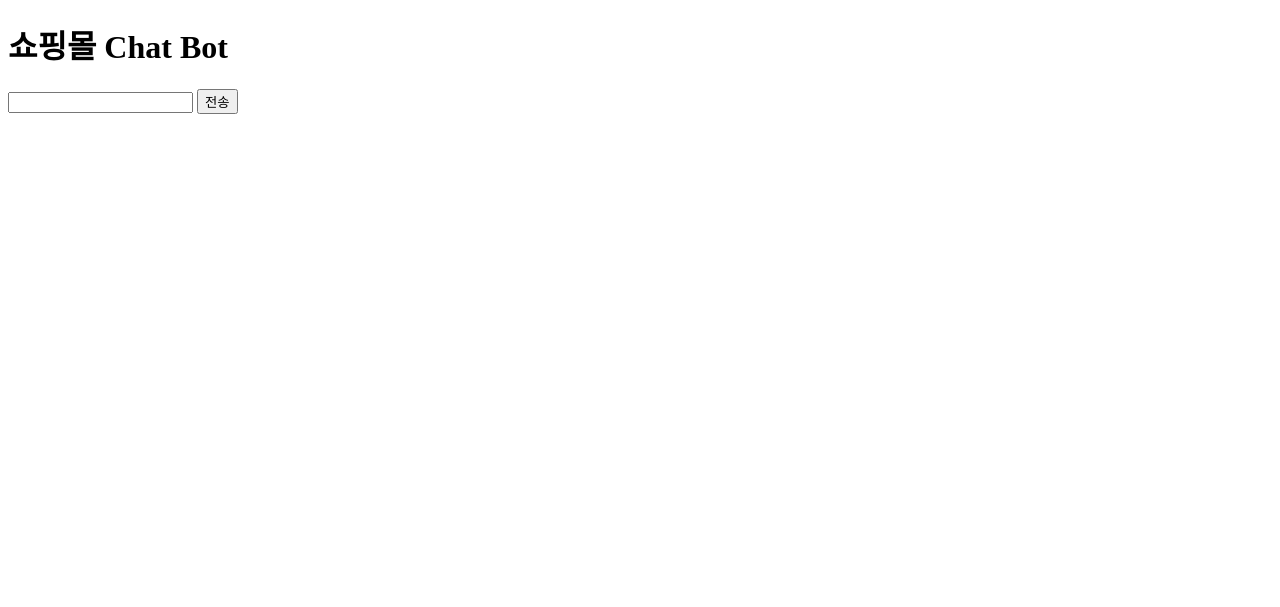
Repository: snowballnote/springai
Page: openai0113/src/main/resources/static/chat.html
The author's editor kept a copy of each file at every save. The page is drawn from the files as they stood at one save, then again after the next save.
The browser window is 1280 px wide. The pictures show the whole page.

Above is the page before, as saved 2026-01-14 05:28:47.

### openai0113/src/main/resources/static/chat.html
<!DOCTYPE html>
<html>
<head>
<meta charset="UTF-8">
<title>Insert title here</title>
<script src="https://ajax.googleapis.com/ajax/libs/jquery/3.7.1/jquery.min.js"></script>
</head>
<body>
	<h1>쇼핑몰 Chat Bot</h1>

	<!-- 챗팅 메세지 누적 -->
	<div id="chatBox"></div>

	<input type="text" id="userMessage">
	<button type="button" id="sendBtn">전송</button>

	<script>
		$("#sendBtn").click(function() {
			if ($("#userMessage").val().trim() === "") {
				alert("메세지를 입력하세요");
				return;
			}

			const chatMessageRequest = {
					userId: "user10", // ex) 로그인 사용자의 id
					userMessage: $("#userMessage").val().trim()
			}

			$.ajax({
				url: "http://localhost:8080/chatMessage",
				type: "POST", // method type
				contentType: "application/json",
				data: JSON.stringify(chatMessageRequest), // 객체를 json문자열로 직열화
				success: function(data) { // data: [{who: "MY", message: "..."}, {who: "AI", message: "..."}]
					data.forEach(function(item, index) {
						// console.log(item.who, item.message);
						$("#chatBox").append(
							"<div><span>" + item.who + "</span><span>" + item.message + "</span></div>"
						);
					})
				},
				error: function(err) {
					alert("실패: " + err);
				}
			});
			// 챗입력 상자 초기화
			$("#userMessage").val("");
		});

		// 엔터키 누르면 동일한 코드
	</script>

</body>
</html>

After the next save:
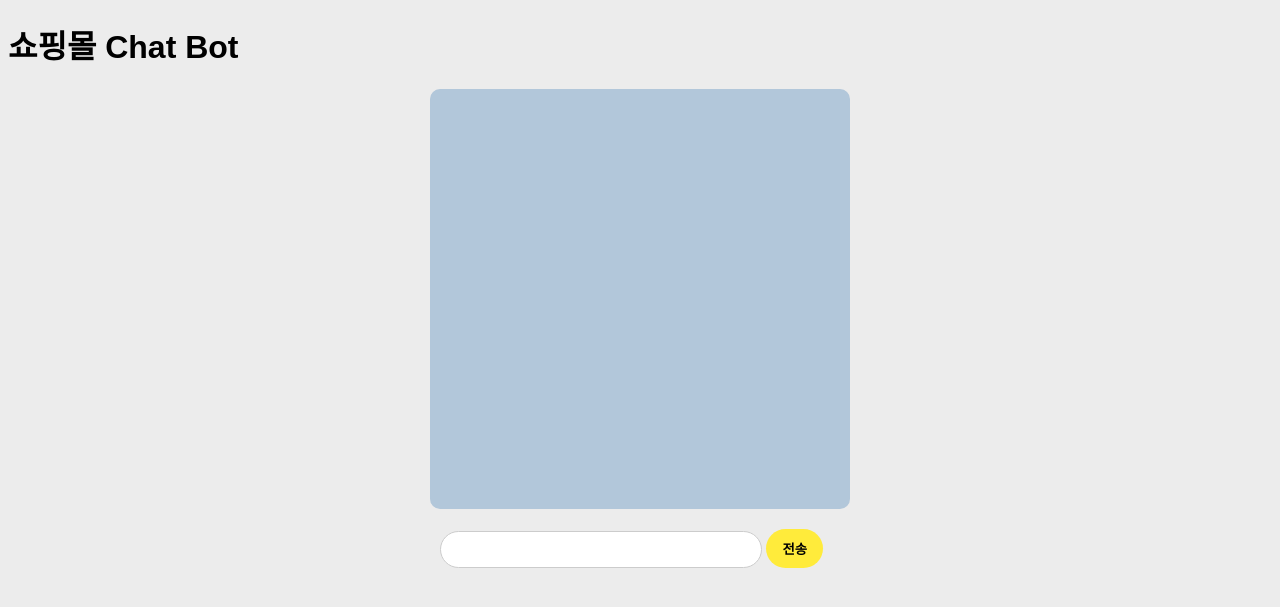
Saved 25 s later.
--- a/openai0113/src/main/resources/static/chat.html
+++ b/openai0113/src/main/resources/static/chat.html
@@ -4,6 +4,66 @@
 <meta charset="UTF-8">
 <title>Insert title here</title>
 <script src="https://ajax.googleapis.com/ajax/libs/jquery/3.7.1/jquery.min.js"></script>
+
+<style>
+    body {
+        font-family: Arial, sans-serif;
+        background-color: #ececec;
+    }
+
+    #chatBox {
+        width: 400px;
+        height: 400px;
+        margin: 20px auto;
+        padding: 10px;
+        background-color: #b2c7da; /* 카카오톡 배경 */
+        overflow-y: auto;
+        border-radius: 10px;
+    }
+
+    /* 공통 말풍선 */
+    .chat {
+        max-width: 70%;
+        padding: 10px 14px;
+        border-radius: 16px;
+        margin-bottom: 10px;
+        line-height: 1.4;
+        clear: both;
+    }
+
+    /* 사용자 */
+    .YOU {
+        background-color: #fff48f;
+        float: right;
+        border-bottom-right-radius: 4px;
+    }
+
+    /* AI */
+    .AI {
+        background-color: #ffffff;
+        float: left;
+        border-bottom-left-radius: 4px;
+    }
+
+    /* 입력 영역 */
+    #userMessage {
+        width: 300px;
+        padding: 10px;
+        border-radius: 20px;
+        border: 1px solid #ccc;
+        margin-left: calc(50% - 200px);
+    }
+
+    #sendBtn {
+        padding: 10px 16px;
+        border-radius: 20px;
+        border: none;
+        background-color: #ffeb3b;
+        cursor: pointer;
+        font-weight: bold;
+    }
+</style>
+
 </head>
 <body>
 	<h1>쇼핑몰 Chat Bot</h1>
